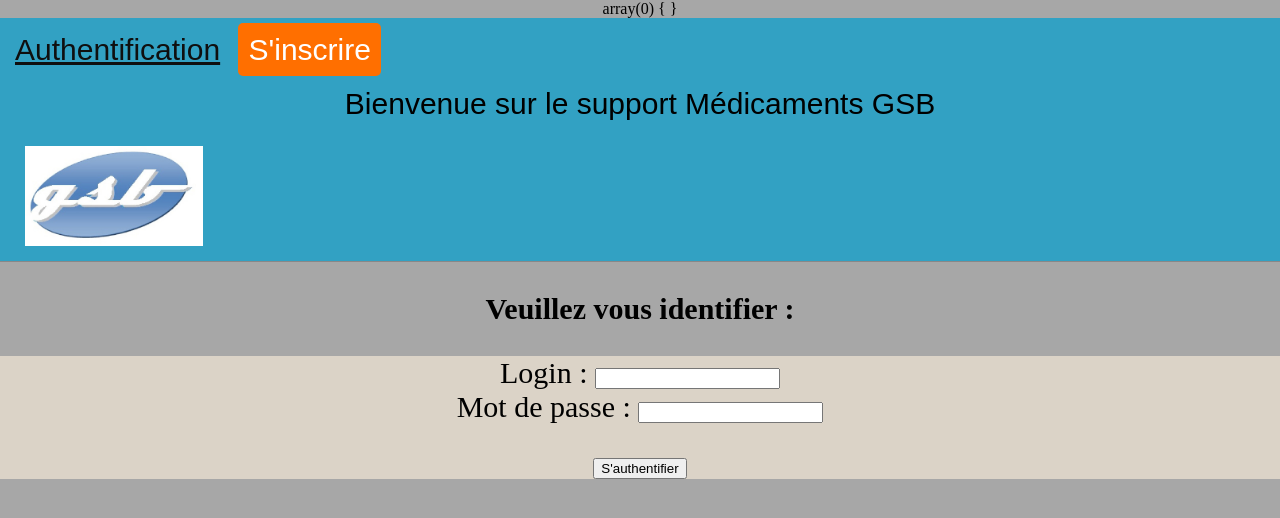
Repository: DavJnte/GSB_PHP
Page: http://localhost/?target=menu
The author's editor kept a copy of each file at every save. The page is drawn from the files as they stood at one save, then again after the next save.
The browser window is 1280 px wide. The pictures show the whole page.
The page is run by PHP 8.4 with error messages shown; the project is at /var/www/html/.

Above is the page before, as saved 2021-05-17 20:21:56.

### pdo/index.php
<?php
    require("Controleur/GeneralControleur.php");
?>
<link rel="shortcut icon" href="#">

### pdo/Controleur/GeneralControleur.php
<?php
	session_start();
	if(!isset($_SESSION["autoriser"]) && (isset($_REQUEST["target"]) && $_REQUEST["target"] != "inscription")){
		require("Models/login.php");
	}else{
		if(isset($_REQUEST["target"])){
			switch($_REQUEST["target"]){
				case "approv":
					require("Models/approv.php");
					break;
				case "changement":
					require("Models/changement.php");
					break;
				case "contacter":
					require("Models/contacter.php");
					break;
				case "contexte":
					require("Models/contexte.php");
					break;
				case "fconnexion":
					require("Models/form_connexion.php");
					break;
				case "fisncription":
					require("Models/form_inscription.php");
					break;
				case"deconnexion":
					require("Models/deconnexion.php");
					break;
				case "fmodification":
					require("Models/form_modification.php");
					break;
				case "info":
					require("Models/info.php");
					break;
				case "inscription":
					require("Models/inscription.php");
					break;
				case "menu":
					require("Models/menu.php");
					break;
				case "bienvenue":
					require("Models/bienvenue.php");
					break;
				case "login":
					require("Models/login.php");
					break;
				case "modifier":
					require("Models/modifier.php");
					break;
				case "newfam":
					require("Models/newfam.php");
					break;
				case "probleme":
					require("Models/probleme.php");
					break;
				case "recherche":
					require("Models/recherche.php");
					break;
				case "session":
					require("Models/session.php");
					break;
				case "supp":
					require("Models/supp.php");
					break;
				case "supprimer":
					require("Models/supprimer.php");
					break;
				case "valid_mod":
					require("Models/valid_mod.php");
					break;
			}

		}else{
			require("Models/menu.php");
		}
	}



?>

### pdo/Models/login.php
<?php
include(__DIR__ .'/../Vues/co_utilisateur.php');
var_dump($_SESSION);
if(!isset($_SESSION["autoriser"]) || (isset($_SESSION["autoriser"]) && $_SESSION["autoriser"] != "oui")){
	  include(__DIR__ .'/../Models/form_connexion.php');
    #Message d'erreur si utilisateur rempli mal le formulaire
    include(__DIR__ .'/../Models/message_login.php');
}


?>

### pdo/Vues/co_utilisateur.php
<?php
	@$login=$_POST["login"];
	@$pass=$_POST["pass"];
	@$valider=$_POST["valider"];
	$message="";
	if(isset($valider)){
		include(__DIR__ ."/../Models/connexion.php");
		$res=$bdd->prepare("select * from users where login=? and pass=? limit 1");
		$res->setFetchMode(PDO::FETCH_ASSOC);
		$res->execute(array($login,md5($pass)));
		$tab=$res->fetchAll();
		if(count($tab)==0)
			$message="<li>Mauvais Pseudo ou mot de passe!</li>";
		else{
			$_SESSION["autoriser"]="oui";
			$_SESSION["nomPrenom"]=strtoupper($tab[0]["nom"]." ".$tab[0]["prenom"]);
			include(__DIR__ .'/../Models/session.php');
		}
	}
?>

### pdo/Models/form_connexion.php
<html>
	<head>
		<link rel="stylesheet" type="text/css" href="../pdo/css/style.css" />
	</head>
	<body>
    <!--Menu pour naviguer-->
		<header>
			<u>Authentification</u>
			<a href="?target=inscription">S'inscrire</a>
			<h1>Bienvenue sur le support Médicaments GSB</h1>
			<img src="../pdo/img/gsb (1).jpg" height="100px"/>  <!--Image GSB-->
		</header>

		<!--Formulaire d'authentification-->
		<h3>Veuillez vous identifier :</h3>
		<form name="fo" method="post" action="">
			<label>Login :</label>
			<input type="text" name="login" value="" />
			<br>
			<label>Mot de passe :</label>
			<input type="password" name="pass" />
			<br>
			<br>
			<input type="submit" name="valider" value="S'authentifier" />
		</form>

        </body>
</html>

### pdo/Models/message_login.php
<?php if(!empty($message)){ ?>
		<div id="message"><?php echo $message ?></div>
<?php } ?>

### pdo/css/style.css
body{
    height: auto;
    width: auto;
    background-color: rgb(167, 167, 167);
    margin:0;
	padding:0;
    text-align: center;
}


header{
	text-align:left;
	padding:15px;
	background-color:rgba(33, 160, 199, 0.87);
	color:rgb(15, 15, 15);
	font: 30px arial;
	border-bottom:solid 1px #888;
}

img{
    margin-top:5px;
    margin-left: 10px;
}

h2,h1{
    text-align: center;
    font: 30px arial;
    color: black;
}

h3{
    color: black;
    text-align: center;
	font-size: 30px;
}
form{
    text-align: center;
    font-size: 30px;
	background-color: rgb(219, 211, 199);
}

a{
	padding:10px; /*Taille carré orange*/
	background-color:rgb(255, 111, 0);
	text-decoration:none;
	color:#FFF;
	vertical-align: auto;
	margin-left:10px;
	border-radius:5px;/*Bord arrondi*/
}

#message{
background-color: rgb(180, 22, 22);
color: black;
}

After the next save:
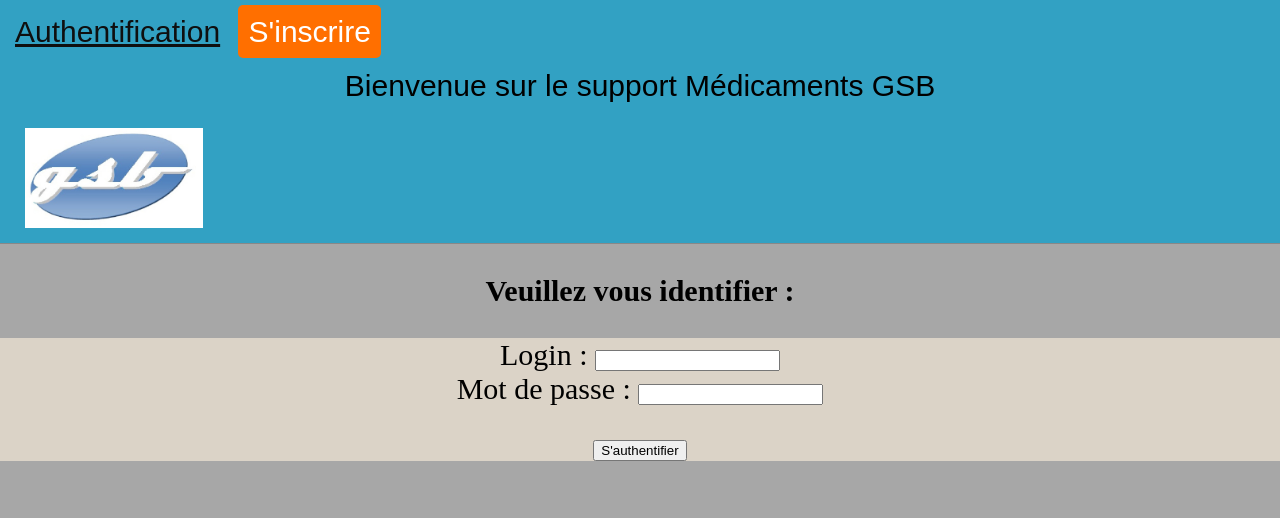
Saved 25 s later.
--- a/pdo/Models/login.php
+++ b/pdo/Models/login.php
@@ -1,6 +1,5 @@
 <?php
 include(__DIR__ .'/../Vues/co_utilisateur.php');
-var_dump($_SESSION);
 if(!isset($_SESSION["autoriser"]) || (isset($_SESSION["autoriser"]) && $_SESSION["autoriser"] != "oui")){
 	  include(__DIR__ .'/../Models/form_connexion.php');
     #Message d'erreur si utilisateur rempli mal le formulaire
